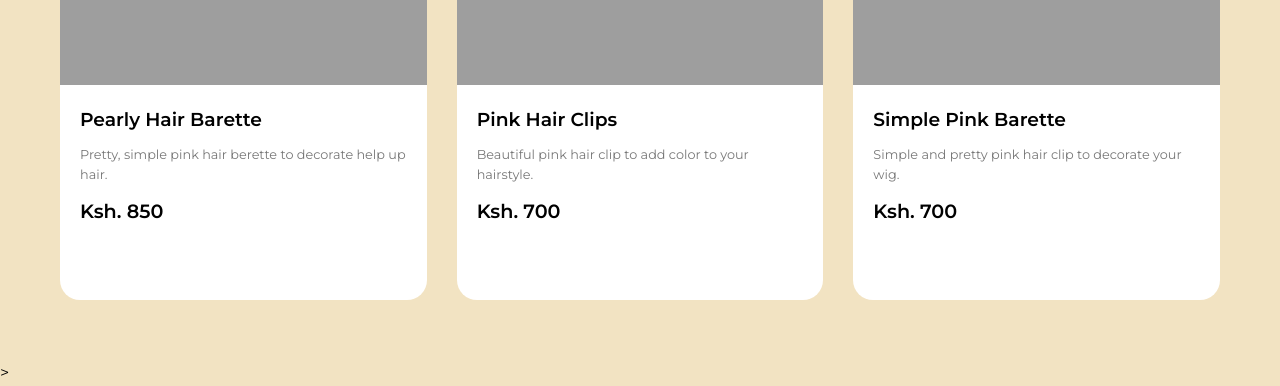
Repository: ndirituart/Portfolio
Page: products/hairaccessories.html
The author's editor kept a copy of each file at every save. The page is drawn from the files as they stood at one save, then again after the next save.
The browser window is 1280 px wide. The pictures show the part of the page from y = 5113 to 6065 px (the page is 5499 px tall before and 6065 px after).
Pictures or frames that could not be fetched are drawn as grey boxes.

Above is the page before, as saved 2026-02-04 12:55:38.
Console error: SyntaxError: Unexpected token 'export'

### products/hairaccessories.html
<!DOCTYPE html>
<html lang="en">
<head>
    <meta charset="UTF-8">
    <meta name="viewport" content="width=device-width, initial-scale=1.0">
    <title>accessorys | SKRNCH </title>
    <link href="https://fonts.googleapis.com/css2?family=Playfair+Display:wght@700&family=Montserrat:wght@400;600&display=swap" rel="stylesheet">
    <script src="https://unpkg.com/vue@3/dist/vue.global.js"></script>
</head>
<body>

<div id="app" v-cloak>
    <header class="main-header">
        <div class="container">
            <div class="logo">SKRNCH </div>
            <nav>
                <ul>
                    <li><a href="Homepage.html">Home</a></li>
                    <li><a href="buywigs.html" style="color: var(--rose)">Wigs</a></li>
                    <li><a href="ordernow.html" class="btn-small-nav">Order Now</a></li>
                    <li><a href="UserCart.html">Bag ({{ cartCount }})</a></li>
                </ul>
            </nav>
        </div>
    </header>

    <main class="container">
        <section class="hero-small">
            <h1>All Hair Accessories</h1>
            <p class="subtitle">Hair ties, bands, and scrunchies for women include versatile options ranging from
                gentle satin/silk scrunchies that prevent hair breakage to high-elastic,
                 damage-free, and seamless rubber bands for secure, all-day holds on thick or thin hair.</p>
        </section>

        <div class="header-controls">
            <button class="filter-toggle-btn" @click="isSearchOpen = !isSearchOpen">
                <span v-if="!isSearchOpen">🔍 Filter & Search</span>
                <span v-else>✖ Close</span>
            </button>

            <div v-if="isSearchOpen" class="filter-dropdown-menu">
                <input type="text" v-model="searchQuery" class="search-input" placeholder="Search by name...">

                <div class="filter-section">
                    <label>Price Range</label>
                    <div class="btn-group">
                        <button v-for="range in priceRanges"
                            :class="{active: activePrice === range}"
                            @click="activePrice = (activePrice === range ? null : range)">
                            {{ range.label }}
                        </button>
                    </div>
                </div>

                <div class="filter-section">
                    <label>Hair Accessory</label>
                    <div class="btn-group">
                        <button v-for="type in hairAccessories"
                            :class="{active: activeType === type}"
                            @click="activeType = type">
                            {{ type }}
                        </button>
                    </div>
                </div>
            </div>
        </div>

        <div class="grid">
            <div class="media-card" v-for="accessory in filteredAccessories" :key="accessory.id">
                <div class="image-wrapper">
                    <img :src="accessory.image" :alt="accessory.name">
                </div>
                <div class="card-content">
                    <h3>{{ accessory.name }}</h3>
                    <p style="font-size: 0.8rem; color: #777; margin: 10px 0;">{{ accessory.description }}</p>
                    <div class="price">Ksh. {{ accessory.price.toLocaleString() }}</div>
                    <!--Adding each accessory to cart-->
                    <button class="btn-cart" onclick="addToCart(accessory)"> Add to Cart </button>
                </div>
            </div>
        </div>
        <div v-if="filteredAccessories.length === 0" style="text-align:center; padding: 50px;">
            No accessories match your filters.
        </div>
    </main>
</div>

<script>
    const { createApp } = Vue;

    createApp({
        data() {
            return {
                isSearchOpen: false,
                searchQuery: '',
                activePrice: null,
                activeType: 'All',
                cart: JSON.parse(localStorage.getItem('eemani_cart')) || [],
                priceRanges: [
                    { label: '<250', min: 0, max: 250 },
                    { label: '251-500', min: 251, max: 500 },
                    { label: '501-1k', min: 501, max: 1000 },
                    { label: '> 1k', min: 1001, max: 5000 }
                ],
                hairAccessories: ['All', 'Hair Ties', 'Hair Covers', 'Hair Decorations'],
                accessories: [
                    { id: 1, name: 'Acrylic Animal Print Barette', price: 1500, type: 'Hair Decorations', color: 'multi-color', description: 'Simple and stylish barette with animal print design.', image: '../assets/accessories/Acrylic Animal Print Barette.jpg', availableStock: 12, totalStock: 15 },
                    { id: 2, name: 'Black Hair Bonnet', price: 650, type: 'Hair Covers', color: 'black', description: 'Simple satin black bonnet to sleep with', image: '../assets/accessories/Black Hair Bonnet.jpg', availableStock: 5, totalStock: 15 },
                    { id: 3, name: 'Black or Leopard Print Strechy Headband', price: 500, type: 'Hair Decorations', color: 'black-mixed', description: 'Chic short look headbands for your wigs', image: '../assets/accessories/Black or Leopard Print Strechy Headband.jpg', availableStock: 8, totalStock: 20 },
                    { id: 4, name: 'Black Simple Ponytail Tie', price: 100, type: 'Hair Ties', color: 'black', description: 'Simple hairbands to hold your hair.', image: '../assets/accessories/Black Simple Ponytail Tie.jpg', availableStock: 80, totalStock: 250 },
                    { id: 5, name: 'Blue Hair Bonnet', price: 650, type: 'Hair Covers', color: 'colored', description: 'Simple  satin bonnet to sleep with.', image: '../assets/accessories/Blue Hair Bonnet.jpg', availableStock: 7, totalStock: 25 },
                    { id: 6, name: 'Crystal Hair Bow', price: 700, type: 'Hair Decorations', color: 'colored', description: 'Pretty crystal hair bow', image:'../assets/accessories/Crystal Hair Bow.jpg' , availableStock :12 , totalStock :30},
                    { id: 7, name :'Dark Blue Hair Bow' , price :550 , type :'Hair Decorations' , color :'colored' , description :'Simple neutral color hair bow to hold your hair in style.' , image :'../assets/accessories/Dark Blue Hair Bow.jpg', availableStock :12 , totalStock :30},
                    { id: 8, name :'Hair Bonnet and Scrunchy' , price : 850, type :'Hair Ties' , color :'multi-color' , description :'Simple satin bonnent to sleep with, comes with a matching scrunchy.' , image :'../assets/accessories/Hair Bonnet and Scrunchy.jpg' , availableStock :5 , totalStock :20},
                    { id: 9, name :'Leopard Print Head Scarf' , price : 700 , type :'Hair Covers' , color :'colored' , description :'Beautiful Leopard print scarf to wear as an accessory or to sleep with.' , image :'../assets/accessories/Leopard Print Head Scarf.jpg' , availableStock :1 , totalStock :5},
                    { id: 10, name: 'Long Hair Bonnet for Locks and Bulky Wigs', price: 900, type: 'Hair Covers', color: 'multi-color', description: 'Simple long satin bonnet to sleep with.Big to accomodate long hairstyles and wigs.', image: '../assets/accessories/Long Hair Bonnet for Locks and Bulky Wigs.jpg', availableStock: 3, totalStock: 10},
                    { id: 11, name :'Maroon Hair Bonnet', price :750, type :'Hair Covers', color :'colored', description :'Simple satin bonnet to sleep with.', image :'../assets/accessories/Maroon Hair Bonnet.jpg', availableStock :7, totalStock :25},
                    { id: 12, name: 'Multicolor Big Claw Clips', price: 850, type: 'Hair Decorations', color: 'multi-color', description: 'Pretty claw clips to elevate your look.', image: '../assets/accessories/Multicolor Big Claw Clips.jpg', availableStock: 9, totalStock: 15},
                    { id: 13, name: 'Multicolor Big Hair Bands', price: 250, type: 'Hair Ties', color: 'multi-color', description: 'Pretty big hairbands to tie hair and elevate your look.', image: '../assets/accessories/Multicolor Big Hair Bands.jpg', availableStock: 15, totalStock: 30 },
                    { id: 14, name: 'Multicolor Floral Clips', price: 350, type: 'Hair Decorations', color: 'multi-color', description: 'Pretty hair clips, colorful to elevate your look.', image: '../assets/accessories/Multicolor Floral Clips.jpg', availableStock: 15, totalStock: 40  },
                    { id: 15, name: 'Multicolor Hair Bands', price: 250, type: 'Hair Ties', color: 'multi-color', description: 'Pretty big hairbands to tie hair and elevate your look.', image: '../assets/accessories/Multicolor Hair Bands.jpg', availableStock: 1, totalStock: 15 },
                    { id: 16, name: 'Multicolor Hair Bonnet', price: 650, type: 'Hair Covers', color: 'multi-color', description: 'Simple satin multicolor bonnet to sleep with.', image: '../assets/accessories/Multicolor Hair Bonnet.jpg', availableStock: 8, totalStock: 15  },
                    { id: 17, name: 'Multicolor Satin Scarf', price: 1350, type: 'Hair Decoration', color: 'multi-color', description: 'Beautiful vibrant scarf to wear as an accessory or to sleep with.', image: '../assets/accessories/Multicolor Satin Scarf.jpg', availableStock: 10, totalStock: 20  },
                    { id: 18, name: 'Neural Pink Hair Bonnet', price: 550, type: 'Hair Covers', color: 'colored', description: 'Vibrant color Simple satin multicolor bonnet to sleep with.', image: '../assets/accessories/Neural Pink Hair Bonnet.jpg', availableStock: 4, totalStock: 10  },
                    { id: 19, name: 'Neutral Color Claw Clips With Decoration', price: 700, type: 'Hair Decoration', color: 'colored', description: 'Pretty hair clips to add color to your hairstyle.', image: '../assets/accessories/Neutral Color Claw Clips With Decoration.jpg', availableStock: 6, totalStock: 20  },
                    { id: 20, name: 'Neutral Color Claw Clips', price: 650, type: 'Hair Decorations', color: 'colored', description: 'Simple and pretty hair clips to add color to your hairstyle.', image: '../assets/accessories/Neutral Color Claw Clips.jpg', availableStock: 3, totalStock: 10  },
                    { id: 21, name: 'Neutral Color Satin Scarf', price: 1450, type: 'Hair Decorations', color: 'colored', description: 'Simple satin neutral color bonnet to sleep with.', image: '../assets/accessories/Neutral Color Satin Scarf.jpg', availableStock: 1, totalStock: 5  },
                    { id: 22, name: 'Neutral Color Simple Clips', price: 650, type: 'Hair Decorations', color: 'colored', description: 'Pretty hair clips to add color to your hairstyle.Neutral color great for corporate look.', image: '../assets/accessories/Neutral Color Simple Clips.jpg', availableStock: 3, totalStock: 15  },
                    { id: 23, name: 'Neutral Color Simple Ponytail Tie', price: 250, type: 'Hair Ties', color: 'colored', description: 'Pretty big hairbands to tie hair and elevate your look. Neutral color great for a corporate look', image: '../assets/accessories/Neutral Color Simple Ponytail Tie.jpg', availableStock: 3, totalStock: 15  },
                    { id: 24, name: 'Pearl Claw Clips', price: 900, type: 'Hair Decoration', color: 'colored', description: 'Easy to wear, pretty and shiny pearly clips to hold up hair.', image: '../assets/accessories/Pearl Claw Clips.jpg', availableStock: 2, totalStock: 8 },
                    { id: 25, name: 'Pearly Hair Barette', price: 850, type: 'Hair Decorations', color: 'colored', description: 'Pretty, simple pink hair berette to decorate help up hair.', image: '../assets/accessories/Pearly Hair Barette.jpg', availableStock: 4, totalStock: 5 },
                    { id: 26, name: 'Pink Hair Clips', price: 700, type: 'Hair Decorations', color: 'colored', description: 'Beautiful pink hair clip to add color to your hairstyle.', image: '../assets/accessories/Pink Hair Clips.jpg', availableStock: 1, totalStock: 7  },
                    { id: 27, name: 'Simple Pink Barette', price: 700, type: 'Hair Decorations', color: 'colored', description: 'Simple and pretty pink hair clip to decorate your wig.', image: '../assets/accessories/Simple Pink Barette.jpg', availableStock: 1, totalStock: 5  },

                    ]
            }
        },
        computed: {
            filteredAccessories() {
                return this.accessories.filter(accessory => {
                    const matchesSearch = accessory.name.toLowerCase().includes(this.searchQuery.toLowerCase());
                    const matchesPrice = !this.activePrice || (accessory.price >= this.activePrice.min && accessory.price <= this.activePrice.max);
                    const matchesType = this.activeType === 'All' || accessory.type === this.activeType;
                    return matchesSearch && matchesPrice && matchesType;
                });
            },
            cartCount() { return this.cart.length; }
        },
        methods: {
            addToCart(accessory) {
                this.cart.push(accessory);
                localStorage.setItem('eemani_cart', JSON.stringify(this.cart));
                alert(`${accessory.name} added to bag!`);
            }
        }
    }).mount('#app');
</script>
</body>
</html>>

<script>
    export default{
data() {
  return {
    searchQuery: '',
    activePrice: null,
    activeType: 'All',
    activeColor: 'All',
    priceRanges: [
      { label: '< 2,000', min: 0, max: 2000 },
      { label: '2,001-5,000', min: 2001, max: 5000 },
      { label: '5,001-10,000', min: 5001, max: 10000 },
      { label: '> 10,000', min: 10001, max: 1000000 }
    ],
    hairAccessories: ['All', 'Hair Ties', 'Hair Covers', 'Hair Decorations'],
    accessories: [] // Your main array of accessory objects
  }
},
computed: {
  filteredAccessories() {
    return this.accessories.filter(accessory => {
      // 1. Filter by Search Name
      const matchesSearch = accessory.name.toLowerCase().includes(this.searchQuery.toLowerCase());

      // 2. Filter by Price
      const matchesPrice = this.activePrice
        ? (accessory.price >= this.activePrice.min && accessory.price <= this.activePrice.max)
        : true;

      // 3. Filter by Type
      const matchesType = (this.activeType === 'All' || accessory.type === this.activeType);

      // 4. Filter by Color
      const matchesColor = (this.activeColor === 'All' || accessory.color === this.activeColor);

      return matchesSearch && matchesPrice && matchesType && matchesColor;
    });
  }
},
methods: {
  setPriceFilter(range) {
    // Toggle filter off if clicked again
    this.activePrice = this.activePrice === range ? null : range;
  },
  toggleSearch() {
    // Your existing toggle logic
  }
}
    }
</script>

<style>
         :root {
    /* Primary Background & UI */
    --cream: #F2E3C2;
    --sand: #E5DED2;

    /* Brand & Accent Colors */
    --bronze: #A67C52;
    --gold-leaf: #C5B081;
    --deep-cocoa: #967969;

    /* Layout & Typography */
    --max-width: 1200px;
    --heading-font: 'Playfair Display', serif;
    --body-font: 'Montserrat', sans-serif;
}

        * { margin: 0; padding: 0; box-sizing: border-box; }
        body { background-color: var(--cream); color: var(--burgundy); font-family: var(--body-font); line-height: 1.6; }
        .container { max-width: var(--max-width); margin: 0 auto; padding: 0 20px; position: relative; }

        /* --- HEADER & NAV --- */
        .main-header { background: white; padding: 15px 0; position: sticky; top: 0; z-index: 1000; border-bottom: 1px solid var(--pink); }
        .main-header .container { display: flex; justify-content: space-between; align-items: center; }
        .logo { font-family: var(--heading-font); font-size: 1.8rem; font-weight: 700; }
        nav ul { display: flex; list-style: none; align-items: center; gap: 25px; }
        nav ul li a { text-decoration: none; color: var(--burgundy); font-weight: 600; font-size: 0.85rem; }
        .btn-small-nav { background: var(--burgundy); color: white !important; padding: 10px 22px; border-radius: 50px; }

        /* --- IMPROVED SEARCH & FILTER --- */
        .header-controls { position: relative; margin: 20px 0; display: flex; justify-content: flex-end; }
        .filter-toggle-btn {
            background: var(--burgundy); color: white; border: none; padding: 12px 25px;
            border-radius: 50px; cursor: pointer; display: flex; align-items: center; gap: 10px;
            font-weight: 600; transition: 0.3s;
        }
        .filter-dropdown-menu {
            position: absolute; top: 55px; right: 0; background: white; width: 320px;
            padding: 25px; border-radius: 15px; border: 1px solid var(--pink);
            box-shadow: 0 10px 30px rgba(133, 14, 53, 0.15); z-index: 100;
        }
        .filter-section { margin-bottom: 15px; }
        .filter-section label { display: block; font-size: 0.75rem; font-weight: 700; margin-bottom: 8px; text-transform: uppercase; color: var(--rose); }
        .btn-group { display: flex; flex-wrap: wrap; gap: 5px; }
        .btn-group button {
            background: white; border: 1px solid var(--pink); padding: 5px 12px;
            border-radius: 15px; cursor: pointer; font-size: 0.75rem; transition: 0.2s;
        }
        .btn-group button.active { background: var(--burgundy); color: white; border-color: var(--burgundy); }
        .search-input { width: 100%; padding: 10px; border: 1px solid var(--pink); border-radius: 8px; margin-bottom: 15px; }

        /* --- HERO & GRID --- */
        .hero-small { padding: 40px 0; text-align: center; }
        .grid { display: grid; grid-template-columns: repeat(auto-fill, minmax(300px, 1fr)); gap: 30px; padding-bottom: 60px; }
        .media-card { background: white; border-radius: 20px; overflow: hidden; border: 1px solid var(--pink); transition: 0.3s; }
        .media-card:hover { transform: translateY(-5px); box-shadow: 0 10px 20px rgba(0,0,0,0.05); }
        .image-wrapper { height: 320px; width: 100%; }
        .image-wrapper img { width: 100%; height: 100%; object-fit: cover; }
        .card-content { padding: 20px; }
        .price { font-weight: 700; font-size: 1.2rem; color: var(--burgundy); }
        .btn-cart { width: 100%; background: var(--burgundy); color: white; border: none; padding: 12px; border-radius: 50px; cursor: pointer; margin-top: 15px; font-weight: 600; }

        [v-cloak] { display: none; }
    </style>

After the next save:
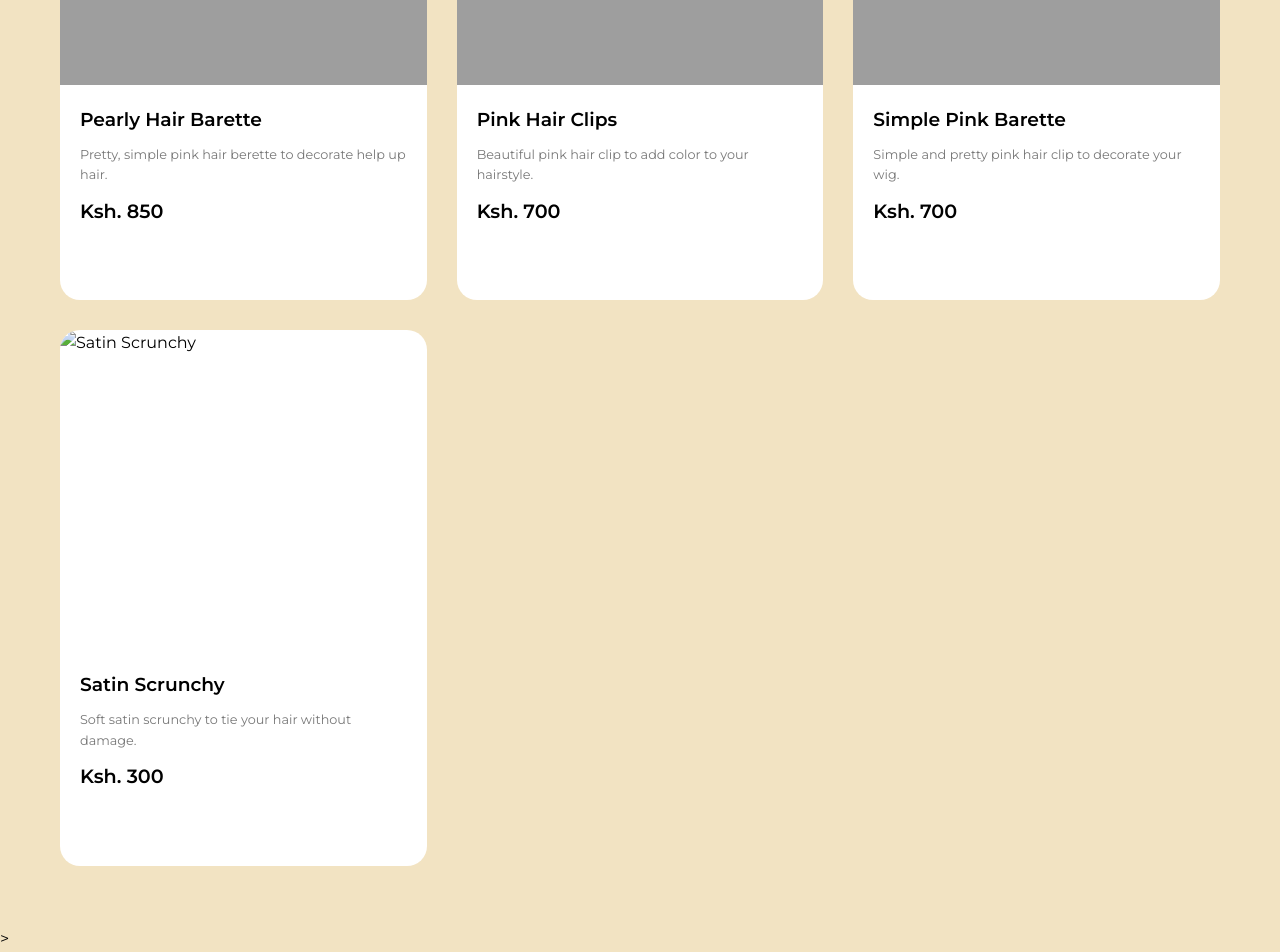
Not found: assets/accessories/Satin Scrunchy.jpg
Saved 7 s later.
--- a/products/hairaccessories.html
+++ b/products/hairaccessories.html
@@ -131,7 +131,7 @@
                     { id: 25, name: 'Pearly Hair Barette', price: 850, type: 'Hair Decorations', color: 'colored', description: 'Pretty, simple pink hair berette to decorate help up hair.', image: '../assets/accessories/Pearly Hair Barette.jpg', availableStock: 4, totalStock: 5 },
                     { id: 26, name: 'Pink Hair Clips', price: 700, type: 'Hair Decorations', color: 'colored', description: 'Beautiful pink hair clip to add color to your hairstyle.', image: '../assets/accessories/Pink Hair Clips.jpg', availableStock: 1, totalStock: 7  },
                     { id: 27, name: 'Simple Pink Barette', price: 700, type: 'Hair Decorations', color: 'colored', description: 'Simple and pretty pink hair clip to decorate your wig.', image: '../assets/accessories/Simple Pink Barette.jpg', availableStock: 1, totalStock: 5  },
-
+                    {id: 28, name: 'Satin Scrunchy', price: 300, type: 'Hair Ties', color: 'multi-color', description: 'Soft satin scrunchy to tie your hair without damage.', image: '../assets/accessories/Satin Scrunchy.jpg', availableStock: 20, totalStock: 50  }
                     ]
             }
         },
